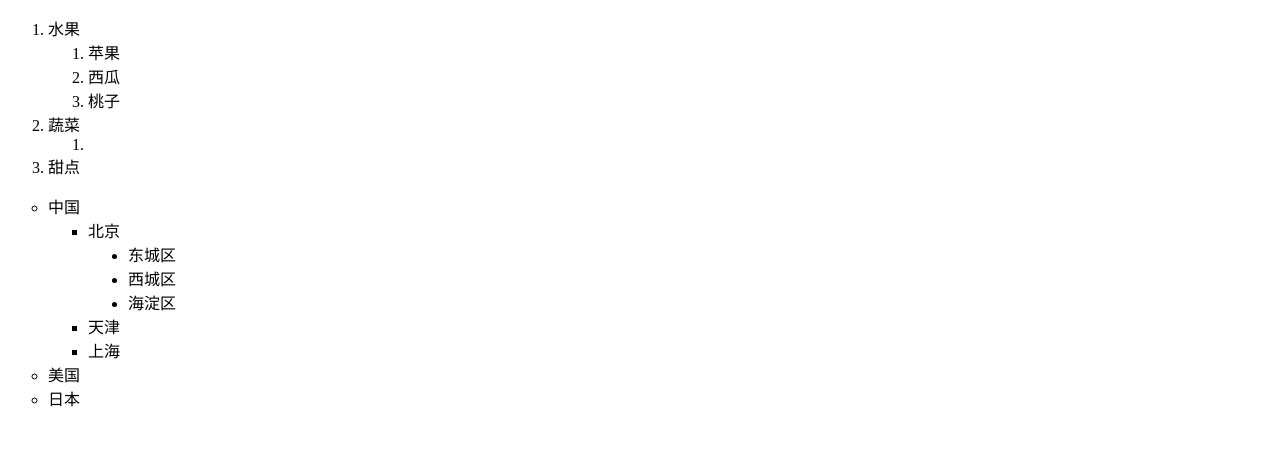
Repository: thidoiSanren/HTML_exercise
Page: 010-列表.html
An editor plug-in stored every save of this project. The page is shown before and after the next save, followed by the edit.
The browser window is 1280 px wide. The pictures show the whole page.

Above is the page before, as saved 2022-02-17 11:42:57.

### 010-列表.html
<!DOCTYPE html>
<html lang="en">
<head>
  <meta charset="UTF-8">
  <title>列表</title>
</head>
<body>
  <!--有序列表-->
  <ol>
    <li>水果
      <ol>
        <li>苹果</li>
        <li>西瓜</li>
        <li>桃子</li>
      </ol>
    </li>
    <li>蔬菜
      <ol>
        <li></li>
      </ol>
    </li>
    <li>甜点</li>
  </ol>
  <!--无序列表-->
  <ul type="circle">
    <li>中国
      <ul type="square">
        <li>北京
          <ul type="disc">
            <li>东城区</li>
            <li>西城区</li>
            <li>海淀区</li>
          </ul>
        </li>
        <li>天津</li>
        <li>上海</li>
      </ul>
    </li>
    <li>美国</li>
    <li>日本</li>
  </ul>
</body>
</html>

After the next save:
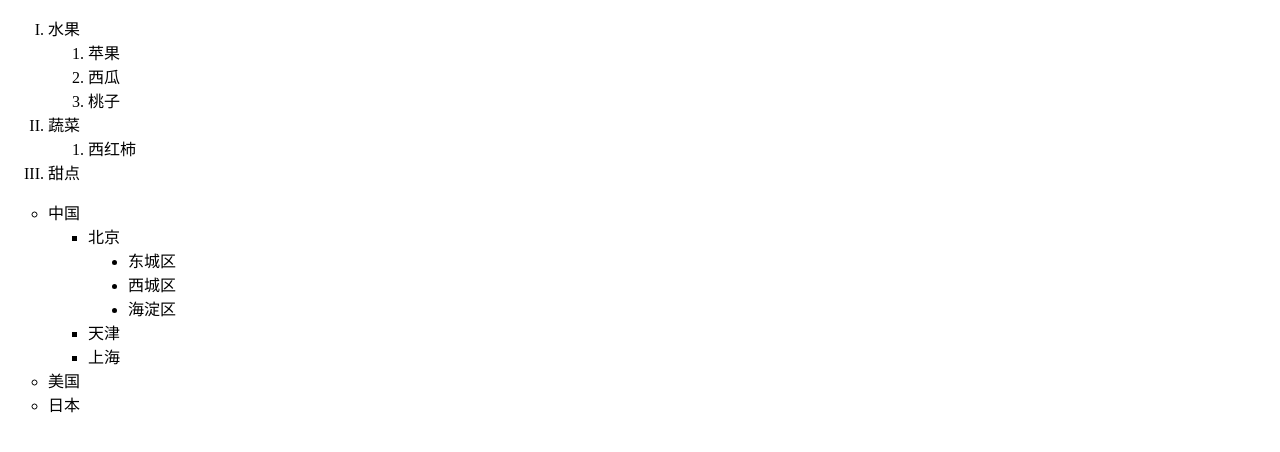
Saved 26 s later.
--- a/010-列表.html
+++ b/010-列表.html
@@ -6,7 +6,7 @@
 </head>
 <body>
   <!--有序列表-->
-  <ol>
+  <ol type="I">
     <li>水果
       <ol>
         <li>苹果</li>
@@ -16,7 +16,7 @@
     </li>
     <li>蔬菜
       <ol>
-        <li></li>
+        <li>西红柿</li>
       </ol>
     </li>
     <li>甜点</li>
